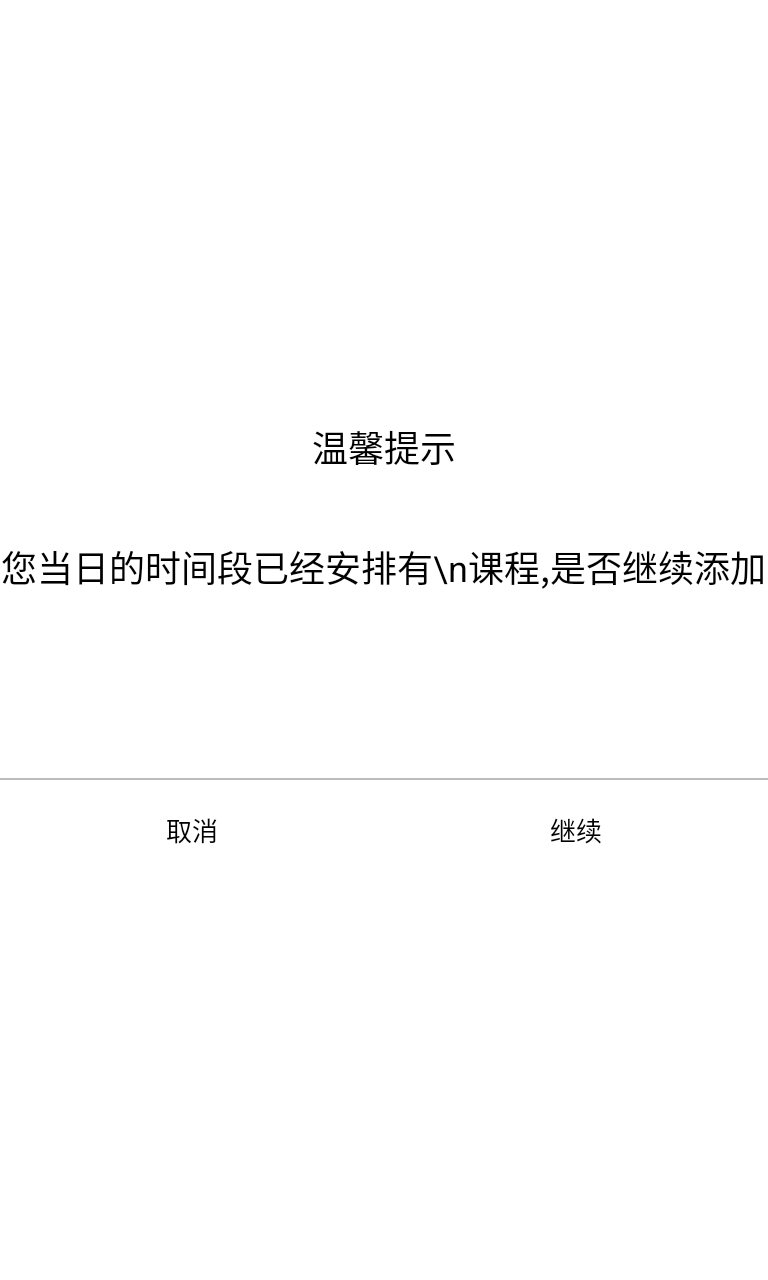
Repository: longxuep/ync
Layout: ync/Test/res/layout/view_dialog.xml
These files come from the project's save history. The layout is drawn as it stood at one moment and after the next save; the edit follows.
It is drawn on a 768 x 1280 px phone screen (xhdpi) without system bars, with theme AppTheme; the app's code is not run.

Above is the layout before, as saved 2016-08-08 06:46:24.

### ync/Test/res/layout/view_dialog.xml
<?xml version="1.0" encoding="utf-8"?>
<LinearLayout xmlns:android="http://schemas.android.com/apk/res/android"
    android:layout_width="match_parent"
    android:layout_height="match_parent"
    android:gravity="center"
    android:layout_gravity="center"
    android:background="@android:color/transparent"
    android:orientation="vertical" >

    <RelativeLayout
        android:id="@+id/pageinfo_success_code"
        android:layout_width="fill_parent"
        android:layout_height="240dp"
        android:clickable="true"
        android:background="#ffffff"
        android:visibility="visible" >
         <TextView
            android:id="@+id/dialog_title"
            android:layout_width="wrap_content"
            android:layout_height="wrap_content"
            android:layout_marginTop="10dp"
            android:layout_centerHorizontal="true"
            android:gravity="center"
            android:text="温馨提示"
            android:textSize="36px" />

        <TextView
            android:id="@+id/dialog_content"
            android:layout_width="wrap_content"
            android:layout_height="wrap_content"
            android:layout_marginTop="70dp"
            android:layout_centerHorizontal="true"
            android:gravity="center"
            android:text="您当日的时间段已经安排有\n课程,是否继续添加"
            android:textSize="36px" />

        <View
            android:id="@+id/view_v1"
            android:layout_width="fill_parent"
            android:layout_height="1dp"
            android:layout_above="@+id/ly_v1"
            android:background="#bcbcbc" />

        <LinearLayout
            android:id="@+id/ly_v1"
            android:layout_width="fill_parent"
            android:layout_height="50dp"
            android:layout_alignParentBottom="true"
            android:orientation="horizontal" >

            <TextView
                android:id="@+id/dialog_out"
                android:layout_width="match_parent"
                android:layout_height="match_parent"
                android:layout_weight="1"
                android:gravity="center"
                android:paddingBottom="10px"
                android:paddingTop="10px"
                android:text="取消"
                android:textSize="26px" />


            <TextView
                android:id="@+id/dialog_confirm"
                android:layout_width="match_parent"
                android:layout_height="match_parent"
                android:layout_weight="1"
                android:gravity="center"
                android:paddingBottom="10px"
                android:paddingTop="10px"
                android:text="继续"
                android:textSize="26px" />
        </LinearLayout>
    </RelativeLayout>

</LinearLayout>

After the next save:
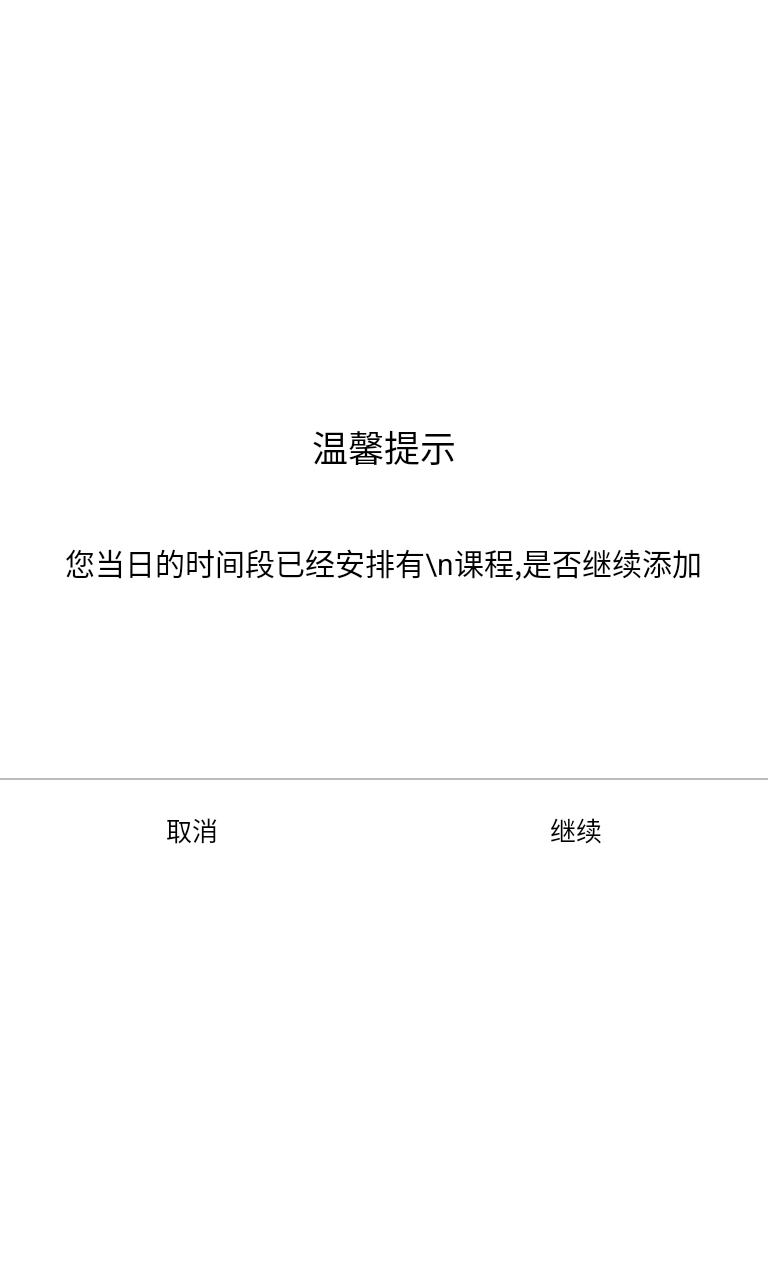
Saved 13 s later.
--- a/ync/Test/res/layout/view_dialog.xml
+++ b/ync/Test/res/layout/view_dialog.xml
@@ -32,7 +32,7 @@
             android:layout_centerHorizontal="true"
             android:gravity="center"
             android:text="您当日的时间段已经安排有\n课程,是否继续添加"
-            android:textSize="36px" />
+            android:textSize="30px" />
 
         <View
             android:id="@+id/view_v1"
